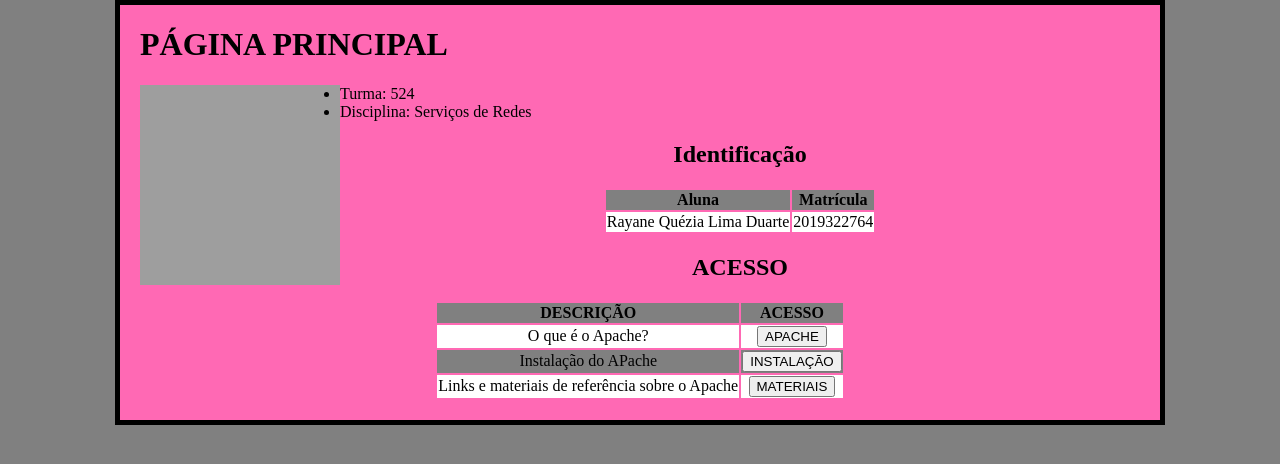
Repository: rayquezia03/atv_redes
Page: index.html
The author's editor kept a copy of each file at every save. The page is drawn from the files as they stood at one save, then again after the next save.
The browser window is 1280 px wide. The pictures show the whole page.
Pictures or frames that could not be fetched are drawn as grey boxes.

Above is the page before, as saved 2022-12-17 22:26:32.

### index.html
<!--
-------Exercício --------
Disciplina: Serviços de Redes
Aluna: Rayane Quézia (2019322764)
-->
<!DOCTYPE html>
	<html lang="pt-br">
		<head>
			<meta charset="utf-8">
				<title> ResL2 </title>
				<link rel = "Stylesheet" type="text/css" href="css/index.css">
		</head>
				<body>
					<main>
					<h1> PÁGINA PRINCIPAL </h1>
					<header>
						<div class="logo">
							<img src="https://www2.ifal.edu.br/campus/palmeira/comunicacao/arquivos/logos-do-ifal-vertical.png/@@images/ac3e97aa-6806-4523-bc47-7bf3c0950b0f.png" title="Logo IFAL" alt="Logo IFAL">
						</div>
						</main>
						<div class="Lista">
							<ul>
									<li>Turma: 524</li>
									<li>Disciplina: Serviços de Redes</li>
								</ul>
						</div>

					</header>
					<h2> Identificação </h2>
						<table>
							  <tr>
								<th> Aluna </th>
								<th> Matrícula </th>
							  <tr>
								<td> Rayane Quézia Lima Duarte </td>
								<td>2019322764</td>
						</table>
						<h2> ACESSO </h2>
					<table>
						<tr>
							<th> DESCRIÇÃO </th>
							<th> ACESSO </th>
						</tr>
						<tr>
							<td> O que é o Apache? </td>
							<td><a href="apache.html"><button type="button" >APACHE</button></a></td>
						</tr>
                        <tr>
							<td> Instalação do APache </td>
							<td><a href="instalacao.html"><button type="button" >INSTALAÇÃO</button></a></td>
						</tr>
                        <tr>
							<td> Links e materiais de referência sobre o Apache</td>
							<td><a href="materiais.html"><button type="button" >MATERIAIS</button></a></td>
						</tr>
					</table>
				</body>
	</html>

### css/index.css
img {
	width: 200px;
  height: 200px;
  display: table-cell;
  float: left;
}

table tr:nth-child(odd) {
	background-color: gray;
}
table tr:nth-child(even) {
background-color: white;
}
html {
	background-color:  #808080;
}
body {
width: 1000px;
margin: auto;
background-color: #FF69B4;
padding: 0 20px 20px 20px;
border: 5px solid black;
}
h2{
	text-align: center;

}
table {
margin: auto;
text-align: center;
width: 200 px;
height: 200 px;
}

After the next save:
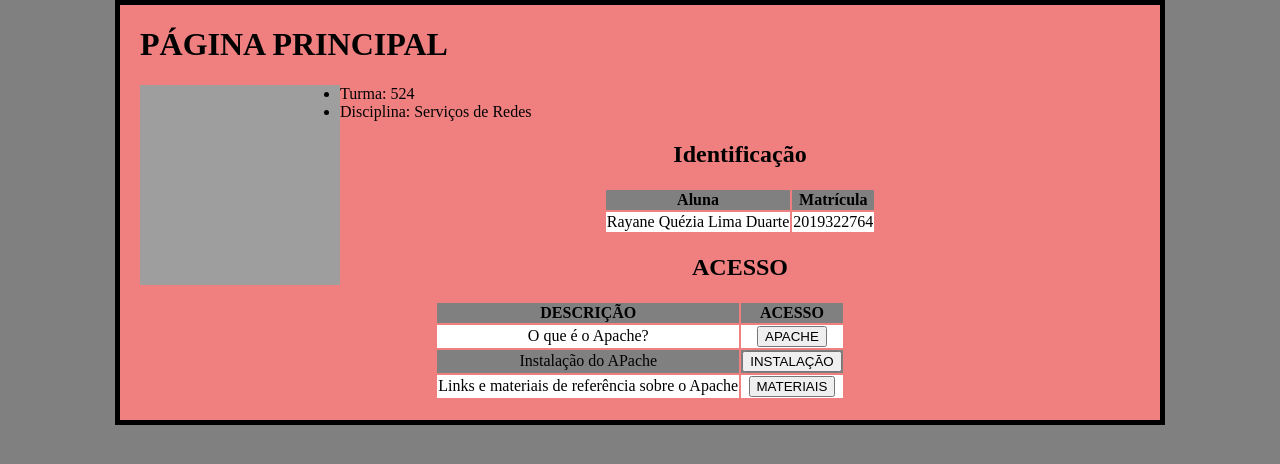
Saved 11 s later.
--- a/css/index.css
+++ b/css/index.css
@@ -17,7 +17,7 @@ html {
 body {
 width: 1000px;
 margin: auto;
-background-color: #FF69B4;
+background-color: #F08080;
 padding: 0 20px 20px 20px;
 border: 5px solid black;
 }
